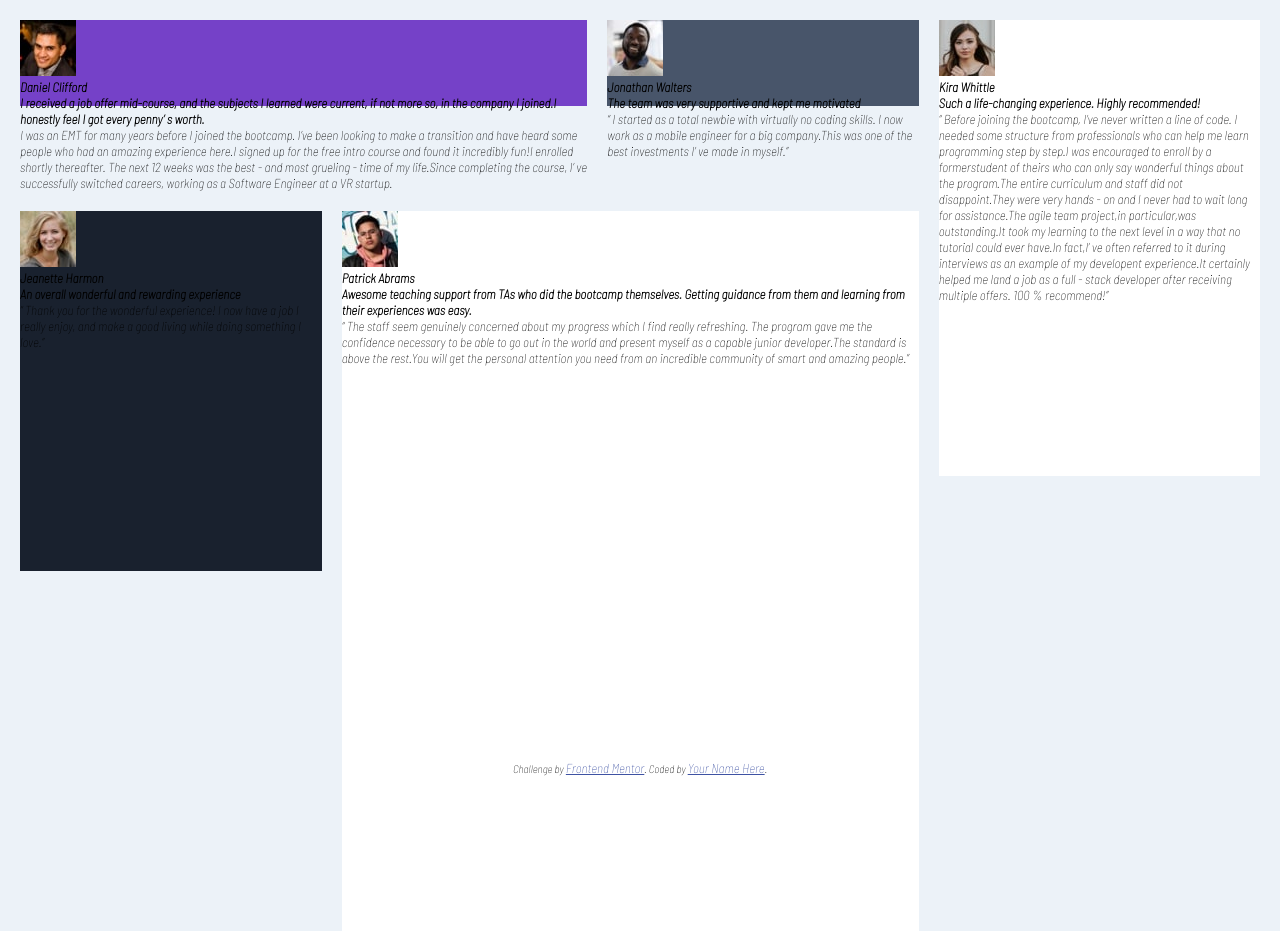
Repository: ibtihelbs/testimonials-grid-section-main
Page: index.html
These files come from the project's save history. The page is drawn as it stood at one moment and after a run of saves; the edit follows.
The browser window is 1280 px wide. The pictures show the whole page.

Above is the page before, as saved 2022-04-13 16:34:21.

### index.html
<!DOCTYPE html>
<html lang="en">
<head>
  <meta charset="UTF-8">
  <meta name="viewport" content="width=device-width, initial-scale=1.0"> <!-- displays site properly based on user's device -->
  <link rel="stylesheet" href="style.css">
  <link rel="icon" type="image/png" sizes="32x32" href="./images/favicon-32x32.png">

  <title>Frontend Mentor | [Challenge Name Here]</title>

  <!-- Feel free to remove these styles or customise in your own stylesheet 👍 -->
  <style>
    .attribution { font-size: 11px; text-align: center; }
    .attribution a { color: hsl(228, 45%, 44%); }
  </style>
</head>
<body>
  <main>

  </main>
  <div class="attribution">
    Challenge by <a href="https://www.frontendmentor.io?ref=challenge" target="_blank">Frontend Mentor</a>.
    Coded by <a href="#">Your Name Here</a>.
  </div>
  <script src="app.js"></script>
</body>
</html>

### style.css
@import url("https://fonts.googleapis.com/css2?family=Barlow+Semi+Condensed:ital,wght@1,100&display=swap");

:root {
  /*### Primary*/

  --Moderate-violet: hsl(263, 55%, 52%);
  --Grayish-blue: hsl(217, 19%, 35%);
  --Blackish-blue: hsl(219, 29%, 14%);
  --White: hsl(0, 0%, 100%);

  /*### Neutral*/

  --Light-gray: hsl(0, 0%, 81%);
  --Light-grayish-blue: hsl(210, 46%, 95%);
}

* {
  padding: 0;
  margin: 0;
  font-size: 13px;
  font-family: "Barlow Semi Condensed";
  box-sizing: border-box;
}
body {
  background-color: var(--Light-grayish-blue);
}
main {
  height: 100vh;
  display: flex;
  flex-wrap: wrap;
  gap: 20px;
  margin: 20px;
}

section:nth-child(1) {
  grid-area: first;
  background-color: var(--Moderate-violet);
  height: 50%;
}

section:nth-child(1) h6::before {
  content: url(images/image-daniel.jpg);
  border-radius: 50%;
}
section:nth-child(2) {
  grid-area: second;
  background-color: var(--Grayish-blue);
  height: 50%;
}
section:nth-child(3) {
  grid-area: third;
  background-color: var(--White);
  height: 50%;
  order: 4;
}
section:nth-child(4) {
  grid-area: four;
  background-color: var(--Blackish-blue);
  height: 50%;
  order: 5;
}
section:nth-child(5) {
  grid-area: fifth;
  height: 100vh;
  background-color: var(--White);
  order: 3;
}

main {
  display: grid;
  grid-template-areas:
    'first first second third'
    'four fifth fifth third';
}

### app.js
let obj = []
let show = document.querySelector("main");
let _html=(title,h2,paragraph,img)=>{
  let section = document.createElement("section");
   section.setAttribute("class", "testimonial");
  let add = show.appendChild(section);
  section.innerHTML=`
      <div class="figure"><img src="${img}" alt=""><h5>${title}</h5></div>
      <h1>${h2}</h1>
      <p>${paragraph}</p>
   `;
}
let _LOOP = (fet) => {
  for (let i in fet) {
    let title = fet[i].title;
    let h2 = fet[i].h2;
    let paragraph = fet[i].paragraph;
    let img=fet[i].img;
    console.log(title,h2,paragraph);
    _html(title,h2,paragraph,img);
  }
}
fetch('data.json')
  .then((response) => response.json())
  .then((data) => {
    let strin = JSON.stringify(data);
    obj = JSON.parse(strin);
    _LOOP(obj);
  })

### data.json
[{
    "title": "Daniel Clifford",
    "h2": "I received a job offer mid-course, and the subjects I learned were current, if not more so,  in the company I joined.I honestly feel I got every penny’ s worth.",
    "paragraph": " I was an EMT for many years before I joined the bootcamp. I’ve been looking to make a transition and have heard some people who had an amazing experience here.I signed up for the free intro course and found it incredibly fun!I enrolled shortly thereafter. The next 12 weeks was the best - and most grueling - time of my life.Since completing the course, I’ ve successfully switched careers, working as a Software Engineer at a VR startup.",
    "img":"images/image-daniel.jpg"
},
{
    "title": "Jonathan Walters",
    "h2": " The team was very supportive and kept me motivated",
    "paragraph": " “ I started as a total newbie with virtually no coding skills. I now work as a mobile engineer for a big company.This was one of the best investments I’ ve made in myself.”",
    "img":"images/image-jonathan.jpg"
},
{
    "title": "Kira Whittle",
    "h2": "Such a life-changing experience. Highly recommended!",
    "paragraph": " “ Before joining the bootcamp, I’ve never written a line of code. I needed some structure from professionals who can help me learn programming step by step.I was encouraged to enroll by a formerstudent of theirs who can only say wonderful things about the program.The entire curriculum and staff did not disappoint.They were very hands - on and I never had to wait long for assistance.The agile team project,in particular,was outstanding.It took my learning to the next level in a way that no tutorial could ever have.In fact,I’ ve often referred to it during interviews as an example of my developent experience.It certainly helped me land a job as a full - stack developer after receiving multiple offers. 100 % recommend!”",
    "img":"images/image-kira.jpg"
},
{
    "title": "Jeanette Harmon",
    "h2": "An overall wonderful and rewarding experience",
    "paragraph": " “ Thank you for the wonderful experience! I now have a job I really enjoy, and make a good living while doing something I love.”",
    "img":"images/image-jeanette.jpg"
},

{
    "title": "Patrick Abrams",
    "h2": "Awesome teaching support from TAs who did the bootcamp themselves. Getting guidance from them and learning from their experiences was easy.",
    "paragraph": " “ The staff seem genuinely concerned about my progress which I find really refreshing. The program gave me the confidence necessary to be able to go out in the world and present myself as a capable junior developer.The standard is above the rest.You will get the personal attention you need from an incredible community of smart and amazing people.”",
    "img":"images/image-patrick.jpg"
}

]

After the next 2 saves:
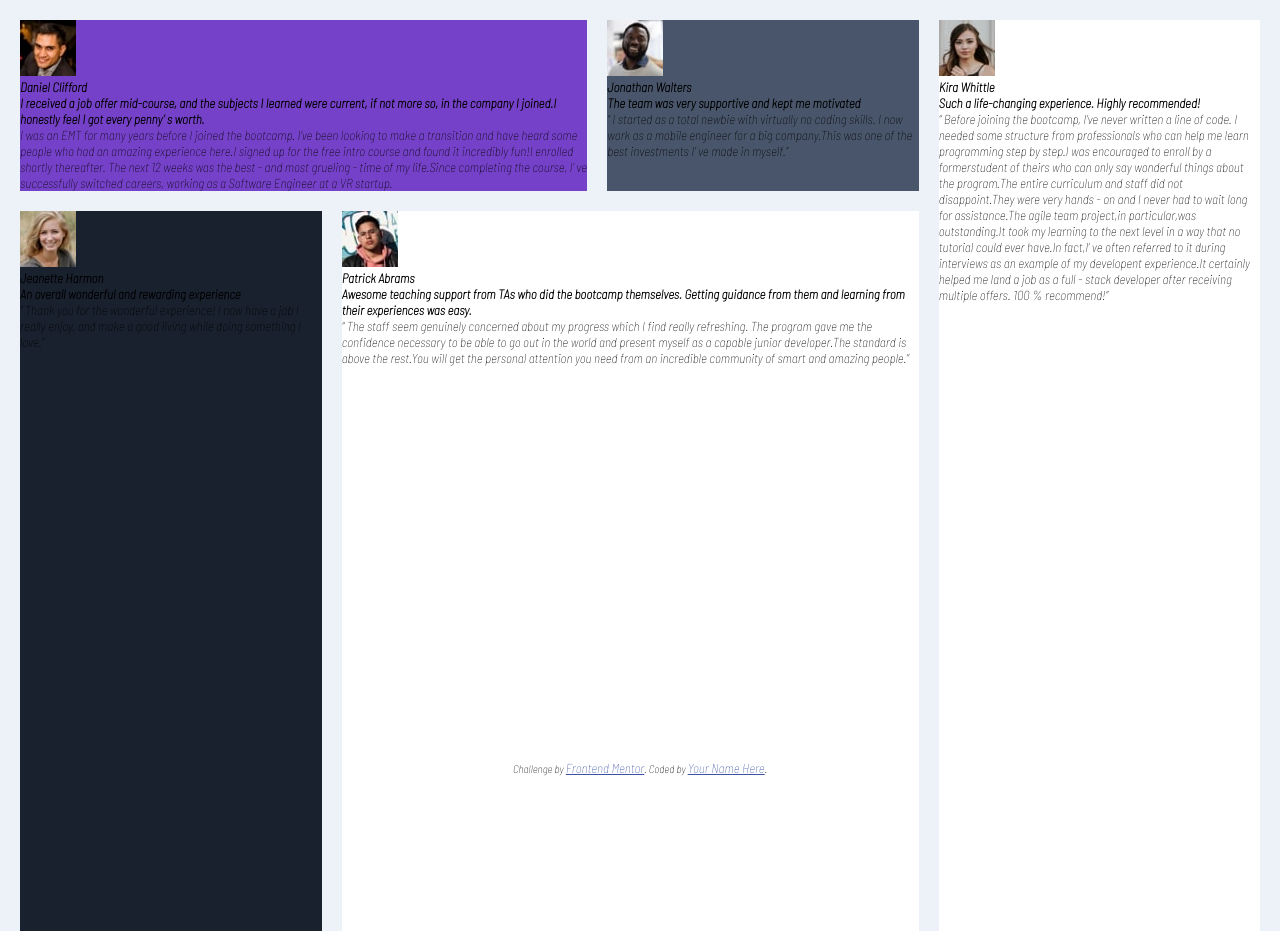
The 2 saves are shown as one change because they came seconds apart.
The last was saved 98 s later.
--- a/style.css
+++ b/style.css
@@ -35,7 +35,7 @@
 section:nth-child(1) {
   grid-area: first;
   background-color: var(--Moderate-violet);
-  height: 50%;
+
 }
 
 section:nth-child(1) h6::before {
@@ -45,18 +45,18 @@
 section:nth-child(2) {
   grid-area: second;
   background-color: var(--Grayish-blue);
-  height: 50%;
+
 }
 section:nth-child(3) {
   grid-area: third;
   background-color: var(--White);
-  height: 50%;
+
   order: 4;
 }
 section:nth-child(4) {
   grid-area: four;
   background-color: var(--Blackish-blue);
-  height: 50%;
+
   order: 5;
 }
 section:nth-child(5) {
